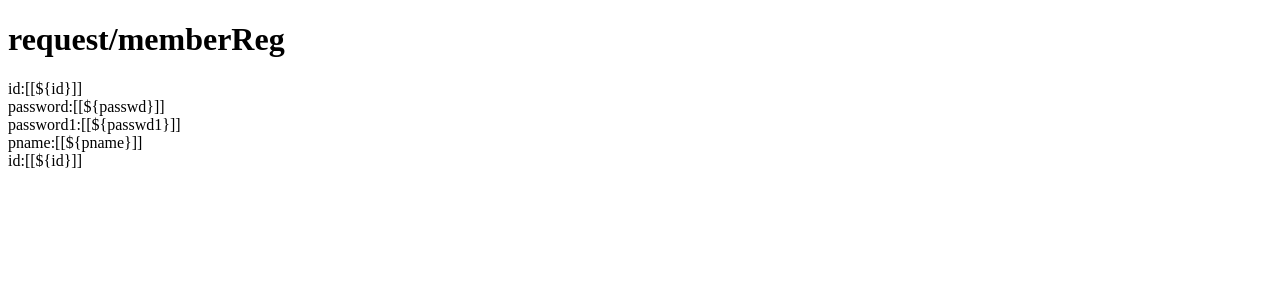
Repository: Yousehyeon/spring_work
Page: stsMvcProj/src/main/webapp/views/req/memberReg.html
The author's editor kept a copy of each file at every save. The page is drawn from the files as they stood at one save, then again after the next save.
The browser window is 1280 px wide. The pictures show the whole page.

Above is the page before, as saved 2023-08-18 07:45:58.

After the next save:
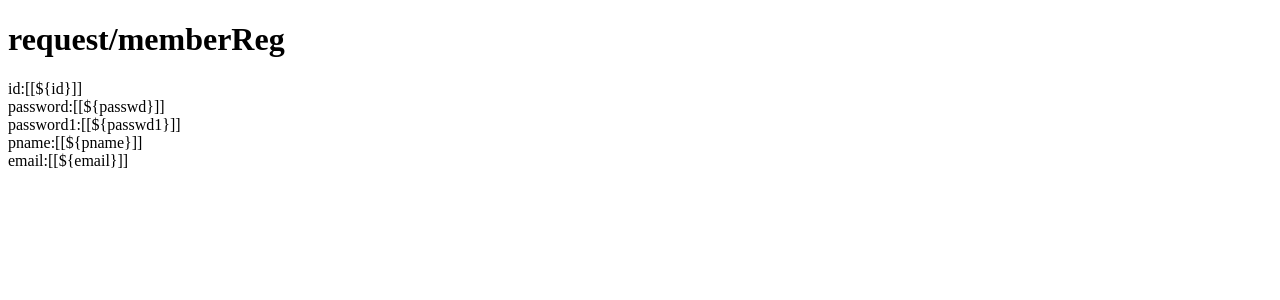
Saved 11 s later.
--- a/stsMvcProj/src/main/webapp/views/req/memberReg.html
+++ b/stsMvcProj/src/main/webapp/views/req/memberReg.html
@@ -10,7 +10,7 @@
 password:[[${passwd}]]<br/>
 password1:[[${passwd1}]]<br/>
 pname:[[${pname}]]<br/>
-id:[[${id}]]<br/>
+email:[[${email}]]<br/>
 
 
 </body>
